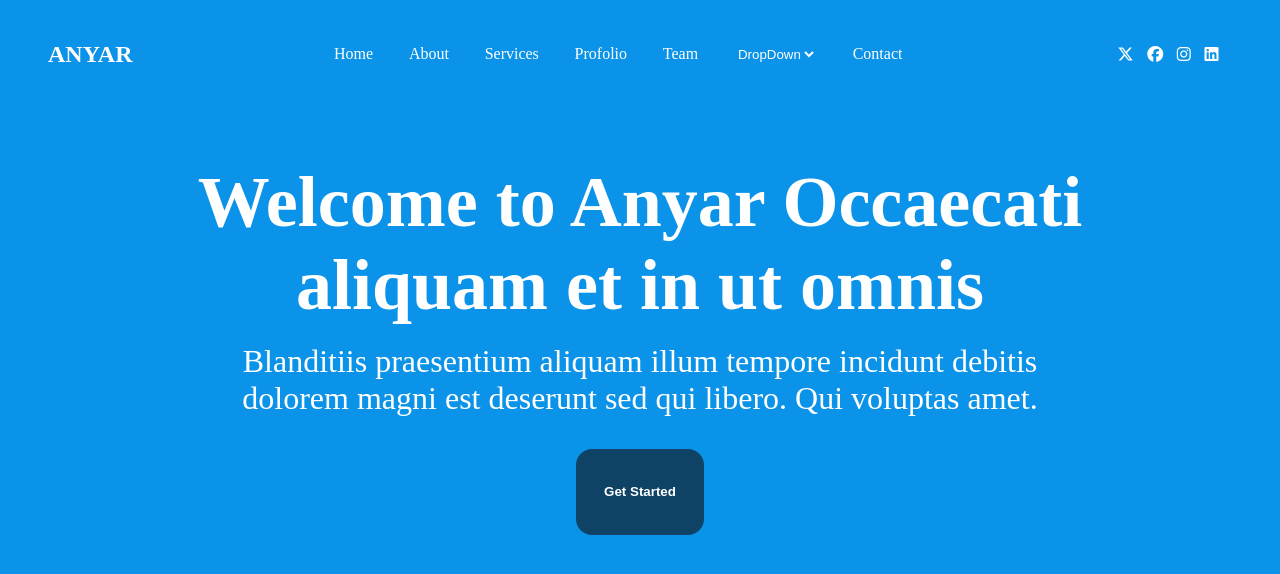
Repository: Sharathguru/web_Project
Page: home.html
An editor plug-in stored every save of this project. The page is shown before and after the next save, followed by the edit.
The browser window is 1280 px wide. The pictures show the whole page.

Above is the page before, as saved 2025-03-21 20:53:29.

### home.html
<!DOCTYPE html>
<html lang="en">
<head>
  <meta charset="UTF-8">
  <meta name="viewport" content="width=device-width, initial-scale=1.0">
  <link rel="stylesheet" href="https://cdnjs.cloudflare.com/ajax/libs/font-awesome/6.7.2/css/all.min.css" integrity="sha512-Evv84Mr4kqVGRNSgIGL/F/aIDqQb7xQ2vcrdIwxfjThSH8CSR7PBEakCr51Ck+w+/U6swU2Im1vVX0SVk9ABhg==" crossorigin="anonymous" referrerpolicy="no-referrer" />
  <link rel="stylesheet" href="home.css">
  <title>Document</title>
</head>
<body>
  <header>
    <nav id="nav-detail">
      <div id="nav-heading">
        <h2>ANYAR</h2>
      </div>
      <div id="nav-heading2">
          <a href="home.html">Home</a>
          <a href="About.html">About</a>
          <a href="Service.html">Services</a>
          <a href="#">Profolio</a>
          <a href="#">Team</a>
          <select>
            <option value="" class="drop1">DropDown</option>
            <option value="" class="drop1">value2</option>
            <option value="" class="drop1">value3</option>
          </select>
          <a href="">Contact</a>
      </div>
      <div id="nav-heading3">
        <i class="fa-brands fa-x-twitter"></i>
        <i class="fa-brands fa-facebook"></i>
        <i class="fa-brands fa-instagram"></i>
        <i class="fa-brands fa-linkedin"></i>
        <i id="menu-bar" class="fa-solid fa-bars"></i>
      </div>
    </nav>

    <nav>
      <div id="nav-content">
        <h1>Welcome to Anyar Occaecati aliquam et in ut omnis</h1>
        <p>Blanditiis praesentium aliquam illum tempore incidunt debitis dolorem magni est deserunt sed qui libero. Qui voluptas amet.</p>
        <button>Get Started</button>
      </div>
    </nav>
  </header>

  <script>
    document.getElementById('menu-bar').addEventListener('click', function() {
      var navHeading2 = document.getElementById('nav-heading2');
      if (navHeading2.classList.contains('mobile-menu')) {
        navHeading2.classList.remove('mobile-menu');
      } else {
        navHeading2.classList.add('mobile-menu');
      }
    });
  </script>
</body>
</html>

### home.css
*{
    margin: 0;
    padding: 0;
    box-sizing: border-box;
}
header
{
    padding: 0 3rem 0 3rem;
    width: 100vw;
    height: 100vh;
    background-color: rgb(10, 147, 232);
}
#nav-detail
{
    width: 100%;
    height: 15vh;
    display: flex;
    justify-content: space-between;
    align-items: center;
    color: white;
}
#nav-heading2
{
    width: 50vw;
    display: flex;
    justify-content: space-evenly;
}
#nav-heading2>a
{
    text-decoration: none;
    color: white;
}
select{
    background-color: transparent;
    border: none;
    color: white;
}
#nav-heading3
{
    width: 10vw;
    display: flex;
    justify-content: space-evenly;
}
#nav-content
{
    height: 80vh;
    padding: 0 5rem;
    align-self: center;
    display: flex;
    flex-direction: column;
    align-items: center;
    text-align: center;
}
#nav-content>h1
{
    color: white;
    font-weight: 900;
    font-size: 4.5rem;
    margin: 3.3rem 0 1rem 0;
}
#nav-content>p
{
    padding:  0 4rem 0 4rem;
    color: white;
    font-size: 2rem;
}
#nav-content>button
{
    width: 10vw;
    height: 12vh;
    margin: 2rem 0 5rem 0;
    background-color: rgb(15, 67, 102);
    border: none;
    border-radius: 1rem;
    color: white;
    font-weight: 900;
    cursor: pointer;
}
#menu-bar
{
    display: none;
}

/* Media query for screen width between 359px and 740px */
@media (min-width: 359px) and (max-width: 740px) {
    header
    {
        height: 56vh;
    }
    #nav-heading
    {
        position: relative;
        right: 30px;

    }
    #nav-heading2 {
        display: none;
    }
    #nav-heading3
    {
        margin-left: 3rem;
        position: relative;
        left: 30px;
        width: 40vw;
        display: flex;
        justify-content: space-between;
    }
    #menu-bar {
        display: block;
        cursor: pointer;
    }
    #nav-heading2.mobile-menu {
        display: flex;
        flex-direction: column;
        position: absolute;
        top: 15vh;
        left: 0;
        width: 100%;
        background-color: rgb(10, 147, 232);
        padding: 1rem;
        box-shadow: 0 4px 8px rgba(0, 0, 0, 0.1);
    }
    #nav-heading2.mobile-menu a, #nav-heading2.mobile-menu select {
        margin: 0rem 0;
    }
    #nav-content
    {
        width: 100%;
        height: 100vh;
    }
    #nav-content>h1
    {
        width: 100vw;
        font-size: 1.7rem;
    }
    #nav-content>p
    {
        padding: 0 2rem 0 2rem;
        width: 100vw;
        font-size: 0.9rem;
        opacity: 0.8;
        /* text-align: justify; */
    }
    #nav-content>button
    {
        width: 100%;
        height: 5vh;
        font-size: 0.8rem;
        background-color: rgb(5, 104, 169);
    }
}

After the next save:
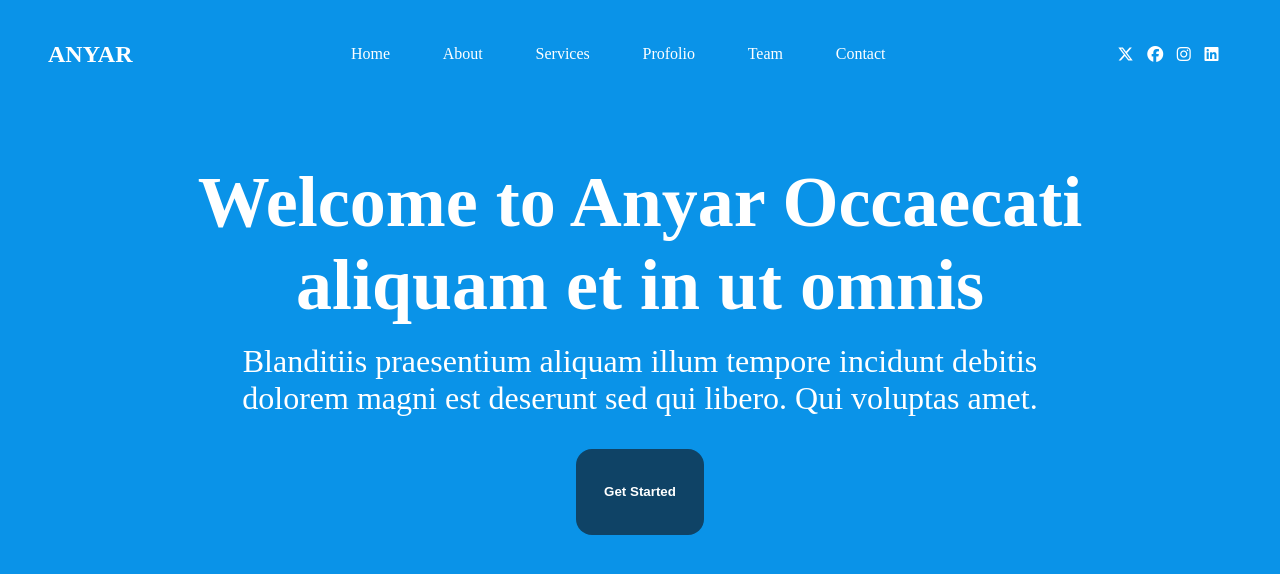
Saved 14 s later.
--- a/home.html
+++ b/home.html
@@ -19,11 +19,7 @@
           <a href="Service.html">Services</a>
           <a href="#">Profolio</a>
           <a href="#">Team</a>
-          <select>
-            <option value="" class="drop1">DropDown</option>
-            <option value="" class="drop1">value2</option>
-            <option value="" class="drop1">value3</option>
-          </select>
+
           <a href="">Contact</a>
       </div>
       <div id="nav-heading3">

After the save that followed:
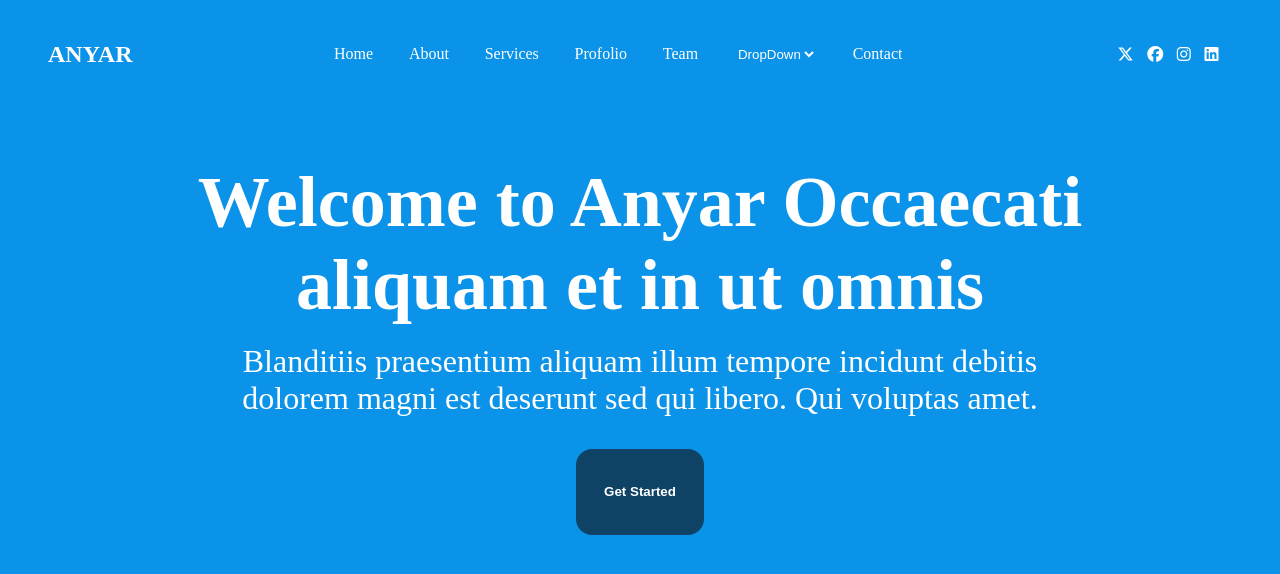
Saved 12 s later.
--- a/home.html
+++ b/home.html
@@ -19,7 +19,11 @@
           <a href="Service.html">Services</a>
           <a href="#">Profolio</a>
           <a href="#">Team</a>
-
+          <select>
+            <option value="" class="drop1">DropDown</option>
+            <option value="" class="drop1">value2</option>
+            <option value="" class="drop1">value3</option>
+          </select>
           <a href="">Contact</a>
       </div>
       <div id="nav-heading3">
